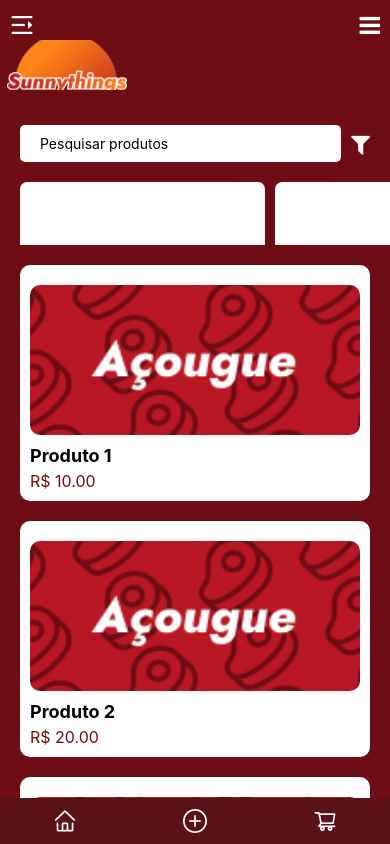
Repository: Luizzzin/SuperMercado
Screen: / (app in suny/)
An editor plug-in stored every save of this project. The screen is shown before and after the next save, followed by the edit.
An inner scrolling area shows only its first screen. The app was drawn by React Native's web renderer in a window 390 px wide. The project was rebuilt for these pictures with package versions that can differ from the ones it lists, and the page was loaded fresh each time.

Above is the screen before, as saved 2024-05-09 20:11:23.

### suny/App.js
import React from 'react';
import { NavigationContainer } from '@react-navigation/native';
import { createStackNavigator } from '@react-navigation/stack';
import Routes from './routes'; // Importe o componente Routes

const Stack = createStackNavigator();

const App = () => {
  return <Routes />;
}

export default App;

### suny/routes.js
import React from 'react';
import { NavigationContainer } from '@react-navigation/native';
import { createStackNavigator } from '@react-navigation/stack';
import HomeScreen from './HomeScreen'; // Importe o componente HomeScreen

const Stack = createStackNavigator();

const Routes = () => {
  return (
    <NavigationContainer>
      <HomeScreen />
    </NavigationContainer>
  );
}

export default Routes;

### suny/HomeScreen.js
import React from 'react';
import { View, Text, StyleSheet, TouchableOpacity, TextInput, Image, ScrollView } from 'react-native';
import { AntDesign, FontAwesome } from '@expo/vector-icons'; // Certifique-se de instalar o pacote expo-vector-icons

const HomeScreen = () => {

  const categories = ['Categoria 1', 'Categoria 2', 'Categoria 3', 'Categoria 4', 'Categoria 5', 'Categoria 6', 'Categoria 7'];

  const products = [
    { id: 1, name: 'Produto 1', price: 10, image: require('./path/to/image1.png') },
    { id: 2, name: 'Produto 2', price: 20, image: require('./path/to/image1.png') },
    { id: 3, name: 'Produto 3', price: 30, image: require('./path/to/image1.png') },
    { id: 4, name: 'Produto 4', price: 40, image: require('./path/to/image1.png') },
    { id: 5, name: 'Produto 5', price: 50, image: require('./path/to/image1.png') },
    { id: 6, name: 'Produto 6', price: 60, image: require('./path/to/image1.png') },
  ];

  return (
    <View style={styles.container}>
      {/* Header */}
      <View style={styles.header}>
        <TouchableOpacity onPress={() => console.log("Menu clicked")}>
          <AntDesign name="menu-fold" size={24} color="white" />
        </TouchableOpacity>
        <Image source={require('./path/to/your/logo.png')} style={styles.logo} />
        <TouchableOpacity onPress={() => console.log("Hamburger clicked")}>
          <FontAwesome name="bars" size={24} color="white" />
        </TouchableOpacity>
      </View>

      {/* Search Bar */}
      <View style={styles.searchBar}>
        <TextInput
          style={styles.input}
          placeholder="Pesquisar produtos"
        />
        <TouchableOpacity onPress={() => console.log("Filter clicked")}>
          <FontAwesome name="filter" size={24} color="white" />
        </TouchableOpacity>
      </View>

      {/* Category Carousel */}
      <ScrollView horizontal style={styles.carousel}>
        {categories.map((category, index) => (
          <TouchableOpacity key={index} style={styles.categoryItem}>
            <Text style={styles.categoryText}>{category}</Text>
          </TouchableOpacity>
        ))}
      </ScrollView>

      {/* Product Cards */}
      <ScrollView style={styles.productContainer}>
        {products.map(product => (
          <TouchableOpacity key={product.id} style={styles.productCard}>
            <Image source={product.image} style={styles.productImage} />
            <Text style={styles.productName}>{product.name}</Text>
            <Text style={styles.productPrice}>R$ {product.price.toFixed(2)}</Text>
          </TouchableOpacity>
        ))}
      </ScrollView>

      {/* Tab Bar */}
      <View style={styles.tabBar}>
        <TouchableOpacity onPress={() => console.log("Home clicked")} style={styles.tabItem}>
          <AntDesign name="home" size={24} color="white" />
        </TouchableOpacity>
        <TouchableOpacity onPress={() => console.log("Add clicked")} style={styles.tabItem}>
          <AntDesign name="pluscircleo" size={24} color="white" />
        </TouchableOpacity>
        <TouchableOpacity onPress={() => console.log("Cart clicked")} style={styles.tabItem}>
          <AntDesign name="shoppingcart" size={24} color="white" />
        </TouchableOpacity>
      </View>
    </View>
  );
}

const styles = StyleSheet.create({
  container: {
    flex: 1,
    backgroundColor: '#6F0D15',
  },
  header: {
    flexDirection: 'row',
    justifyContent: 'space-between',
    alignItems: 'center',
    paddingHorizontal: 10,
    paddingTop: 0,
  },
  logo: {
    width: 120,
    height: 50,
    right: 130,
    top: 40,
  },
  searchBar: {
    flexDirection: 'row',
    alignItems: 'center',
    paddingHorizontal: 20,
    marginTop: 75,
  },
  input: {
    flex: 1,
    backgroundColor: 'white',
    borderRadius: 5,
    paddingVertical: 10,
    paddingHorizontal: 20,
    marginRight: 10,
  },
  carousel: {
    marginTop: 20,
    paddingHorizontal: 20,
    marginBottom: 20,
  },
  categoryItem: {
    marginRight: 10,
    padding: 80,
    backgroundColor: 'white',
    borderRadius: 7,
  },
  categoryText: {
    color: '#6F0D15',
    fontSize: 16,
  },
  productContainer: {
    paddingHorizontal: 20,
  },
  productCard: {
    marginBottom: 20,
    backgroundColor: 'white',
    borderRadius: 10,
    padding: 10,
    paddingTop: 20,
  },
  productImage: {
    width: '100%',
    height: 150,
    borderRadius: 10,
  },
  productName: {
    marginTop: 10,
    fontSize: 18,
    fontWeight: 'bold',
  },
  productPrice: {
    marginTop: 5,
    fontSize: 16,
    color: '#6F0D15',
  },
  tabBar: {
    flexDirection: 'row',
    justifyContent: 'space-around',
    backgroundColor: '#5A1217',
    paddingVertical: 10,
  },
  tabItem: {
    flex: 1,
    alignItems: 'center',
  },
});

export default HomeScreen;

After the next save:
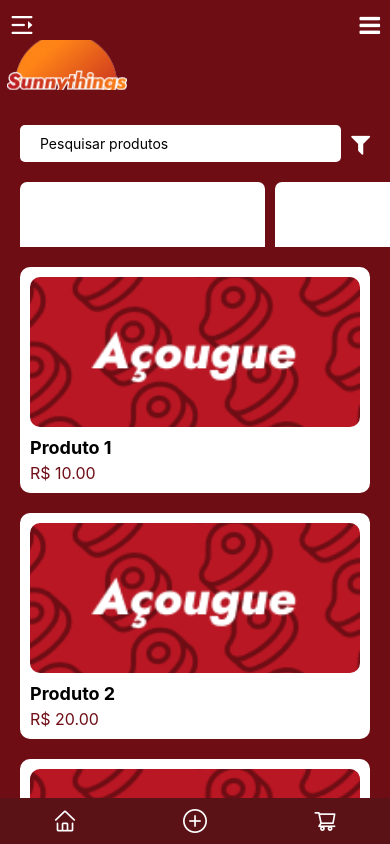
Saved 7 s later.
--- a/suny/HomeScreen.js
+++ b/suny/HomeScreen.js
@@ -130,7 +130,6 @@
     backgroundColor: 'white',
     borderRadius: 10,
     padding: 10,
-    paddingTop: 20,
   },
   productImage: {
     width: '100%',
